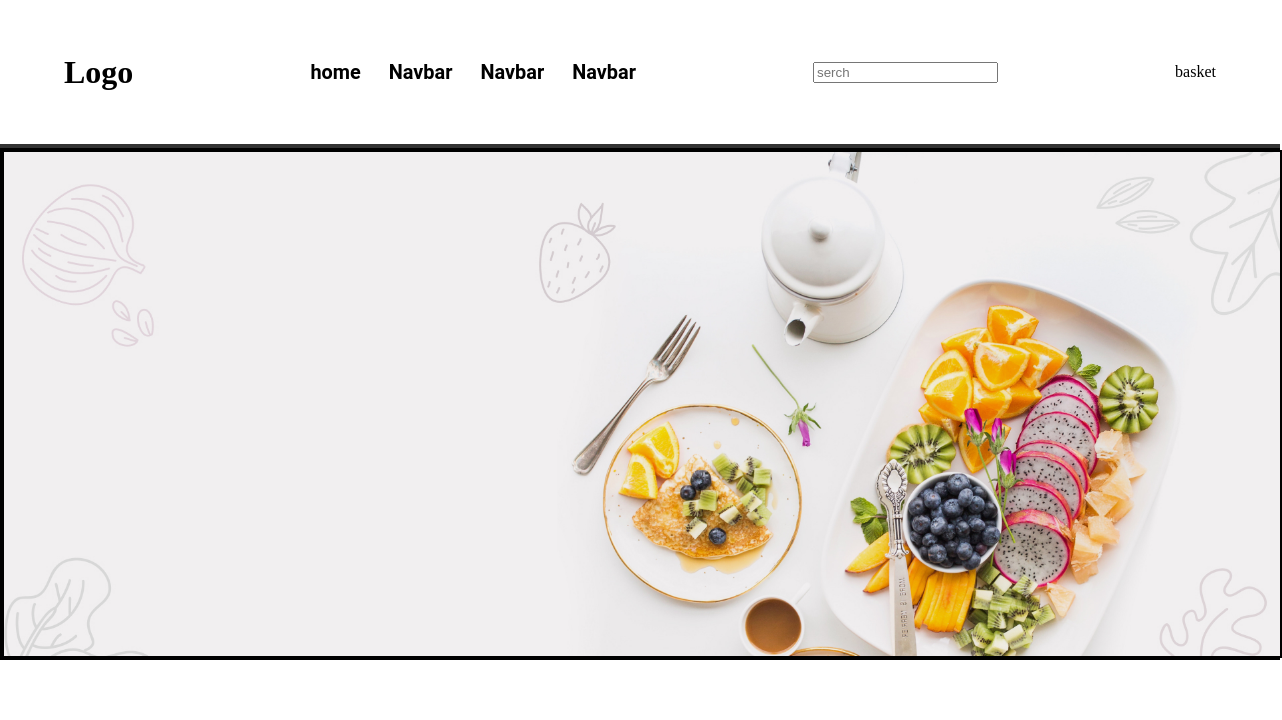
Repository: Islam432/Islam-and-Arsi---team
Page: /
The author's editor kept a copy of each file at every save. The page is drawn from the files as they stood at one save, then again after a run of saves.
The browser window is 1280 px wide. The page is 1282 px wide, so the pictures cover 1282 px, including what lies to the right of the window. The pictures show the whole page.
The project was rebuilt for these pictures with package versions that can differ from the ones it lists, and the page was loaded fresh each time. Also part of the build but not shown: vite.config.js, src/App.css, src/components/Comp/Comp.jsx.

Above is the page before, as saved 2023-03-11 23:11:51.

### src/main.jsx
import React from "react";
import ReactDOM from "react-dom/client";
import App from "./App";
import "./index.css";
import { BrowserRouter } from "react-router-dom";


ReactDOM.createRoot(document.getElementById("root")).render(
  <React.StrictMode>

      <BrowserRouter>
        <App />
      </BrowserRouter>

  </React.StrictMode>
);

### src/App.jsx
import { useState } from "react";
import reactLogo from "./assets/react.svg";
import "./App.css";
import { Route, Routes } from "react-router-dom";
import { Layout } from "./components/Layout";
import { Home } from "./components/Home/Home";
import { Comp } from "./components/Comp/Comp";

function App() {
  return (

    <Layout>  <Routes>
    <Route path="/" element = {<Home/>}/>
    <Route path="/comp" element= {<Comp/>} />
  </Routes></Layout>

  );
}

export default App;

### src/components/Layout/index.jsx
import React from 'react'
import { Navbar } from '../Navbar/Navbar'

export const Layout = ({children}) => {
  return (
  <>
 <Navbar/>
  <main>{children}</main>
  </>
  )
}

### src/components/Home/Home.jsx
import React from 'react'
import styles from './Home.module.css'


export const Home = () => {
  return (
    <div className={styles.cont}>
      <div className={styles.blok1}></div>
    </div>
  )
}

### src/components/Navbar/Navbar.jsx
import React from "react";
import { NavLink } from "react-router-dom";
import styles from "./Navbar.module.css";

export const Navbar = () => {
  return (
    <div className={styles.cont}>
      <div className={styles.allnav}>
        <h1>Logo</h1>

        <div className={styles.navbar}>
          <NavLink to={'/'} className={styles.NavLink}>
            <h3>home</h3>
          </NavLink>
          <NavLink to={'/comp'} className={styles.NavLink}>
            <h3>Navbar</h3>
          </NavLink>
          <NavLink className={styles.NavLink}>
            <h3>Navbar</h3>
          </NavLink>
          <NavLink className={styles.NavLink}>
            <h3>Navbar</h3>
          </NavLink>

        </div>

        <div className={styles.inputblok}>
          <input type="text" placeholder="serch" />
        </div>

        <div>basket</div>
      </div>
    </div>
  );
};

### src/components/Home/Home.module.css
.cont{
    margin: 0;


  border: 2px solid black;
}
.blok1{
    background-image: url('./Banner.jpg');
  width: 100%;
 object-fit: cover;
min-height: 70vh;
    border: 2px solid black;
    background-size: cover;
}

### src/components/Navbar/Navbar.module.css
.cont {
    margin: 0;
  display: flex;
  align-items: center;
  justify-content: center;
  height: 20vh;
  background: #ffffff;
border-bottom: 4px solid #333;
}

.allnav {
  display: flex;
  align-items: center;
  justify-content: space-between;
  width: 90%;
  height: 10vh;

}
.navbar {
  display: flex;
  justify-content: space-around;
  align-items: center;
  gap: 28px;

  font-family: Roboto;
  font-style: Bold;
  font-size: 17px;

}
.NavLink{
    text-decoration: none;
    color: rgb(0, 0, 0);
}

Loaded but not shown: index.html (common file); src/index.css (common file)

After the next 4 saves:
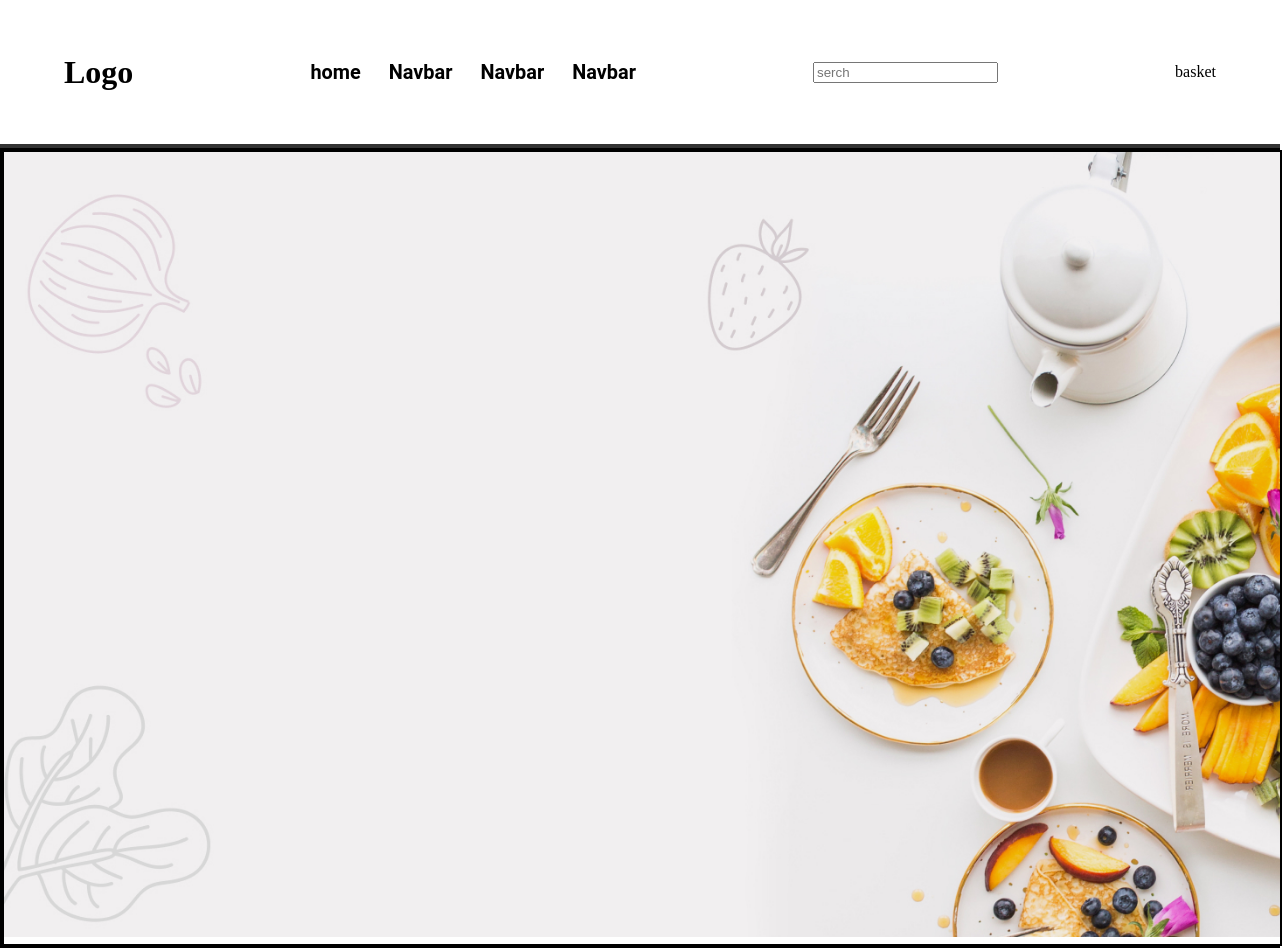
The 4 saves are shown as one change because they came seconds apart.
The last was saved 13 s later.
--- a/src/components/Home/Home.module.css
+++ b/src/components/Home/Home.module.css
@@ -8,7 +8,7 @@
     background-image: url('./Banner.jpg');
   width: 100%;
  object-fit: cover;
-min-height: 70vh;
+min-height: 110vh;
     border: 2px solid black;
     background-size: cover;
 }
